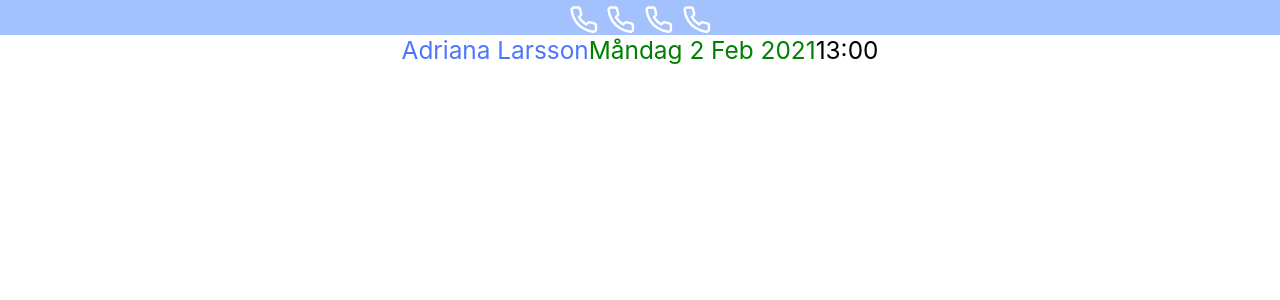
Repository: AdrianaLarsson/learning-react-adriana
Page: /
An editor plug-in stored every save of this project. The page is shown before and after the next save, followed by the edit.
The browser window is 1280 px wide. The pictures show the whole page.
The project was rebuilt for these pictures with package versions that can differ from the ones it lists, and the page was loaded fresh each time. Also part of the build but not shown: src/components/pixiLearn/pixi-learning.js, src/components/pixiLearn/reactTimline/timelinegant.js.

Above is the page before, as saved 2021-02-17 13:39:22.

### src/App.js
import './App.css';
import PixiLearning from './components/pixiLearn/pixi-learning'
import TimeLineGant from './components/pixiLearn/reactTimline/timelinegant'
import SjWaypoint from './components/pixiLearn/waypoint-mobile/sjwaypiont'

function App() {
  return (
    <div className="App">
      <header className="App-header">
       {/*  <TimeLineGant/> */}

           {/*   <PixiLearning/> */}
           <SjWaypoint/>
      </header>
    </div>
  );
}

export default App;

### src/App.css
.App {
  text-align: center;
}

.navbar {
  background-color: #a2c1fd;
  height: 30px;
  padding-top: 5px;
  display: flex;
  flex-direction: column;
  align-items: center;
  font-size: calc(15px + 2vmin);
  color: white;
}
.box{
  background-color: #ffffff;
  height: 30px;
  padding-top: 5px;
  display: flex;
  flex-direction: column;
  align-items: center;
  font-size: calc(10px + 2vmin);
  color: rgb(0, 0, 0);
  display: inline;
  flex-direction: row;
}
.name{
  text-align: start;
  display: inline-flex;
  color: rgb(77, 118, 255);
}
.date{
  display: inline-flex;
  color: green;
}
.time{
  display: inline-flex;
  color: black;
}

/* .App {
  text-align: center;
}

.App-logo {
  height: 40vmin;
  pointer-events: none;
}

@media (prefers-reduced-motion: no-preference) {
  .App-logo {
    animation: App-logo-spin infinite 20s linear;
  }
}

.App-header {
  background-color: #282c34;
  min-height: 100vh;
  display: flex;
  flex-direction: column;
  align-items: center;
  justify-content: center;
  font-size: calc(10px + 2vmin);
  color: white;
}

.App-link {
  color: #61dafb;
}

@keyframes App-logo-spin {
  from {
    transform: rotate(0deg);
  }
  to {
    transform: rotate(360deg);
  }
}
 */

### src/components/pixiLearn/waypoint-mobile/sjwaypiont.js
import React from 'react'
import Navbaren from './navbaren'
import BoxNameDayTime from './box-name-day-time'

function sjwaypiont() {
    return (
        <div>
          <Navbaren/>
            <BoxNameDayTime/>
        </div>
    )
}

export default sjwaypiont

### src/components/pixiLearn/waypoint-mobile/navbaren.js
import React from 'react'
import { FiPhone } from "react-icons/fi";


function navbaren() {
    return (
      <div className="navbar">
          <div className="navbar-container container">
           <FiPhone /> <FiPhone /> <FiPhone /> <FiPhone />
          </div>

      </div>
    )
}

export default navbaren

### src/components/pixiLearn/waypoint-mobile/box-name-day-time.js
import React from 'react'
import Container from "react-bootstrap/Container";
import Row from "react-bootstrap/Row";
import Col from "react-bootstrap/Col"

function boxNameDayTime() {
    return (
<Container className="box">
  <Row>
    <Col className="name">Adriana Larsson </Col>
    <Col className="date"> Måndag 2 Feb 2021</Col>
    <Col className="time"> 13:00 </Col>
  </Row>
</Container>

    )
}

export default boxNameDayTime;

Loaded but not shown: public/index.html (common file); src/index.js (common file); src/index.css (common file); src/reportWebVitals.js (common file)

After the next save:
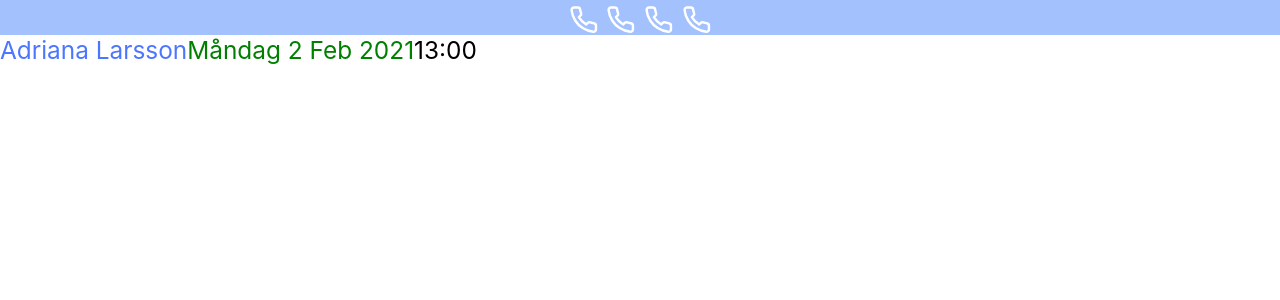
Saved 11 s later.
--- a/src/App.css
+++ b/src/App.css
@@ -1,6 +1,4 @@
-.App {
-  text-align: center;
-}
+
 
 .navbar {
   background-color: #a2c1fd;
